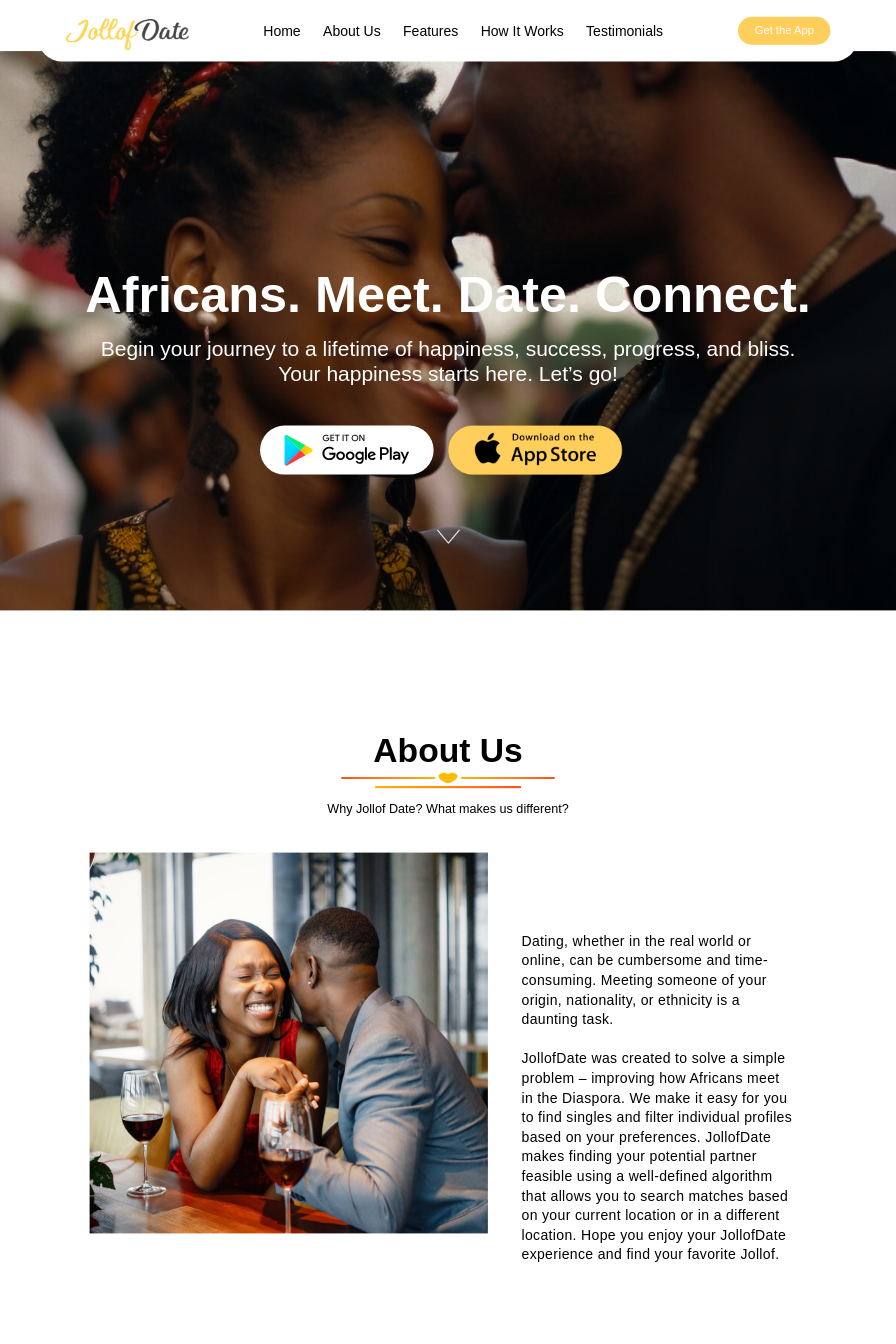
Repository: FarhanNasiru/jollofdate-frontend
Page: /
These files come from the project's save history. The page is drawn as it stood at one moment and after the next save; the edit follows.
The browser window is 1280 px wide. The pictures show the part of the page from y = 0 to 1920 px (the page is 7416 px tall before and 7400 px after), at 70% of full size.
Some web fonts or font styles are not loaded; a fallback is used. The project was rebuilt for these pictures with package versions that can differ from the ones it lists, and the page was loaded fresh each time. Also part of the build but not shown: vite.config.js, src/Pages/Footer2.jsx, src/components/Header2.jsx, src/Pages/privacy.jsx, src/Pages/Term.jsx.

Above is the page before, as saved 2024-08-20 16:23:19.

After the next save:
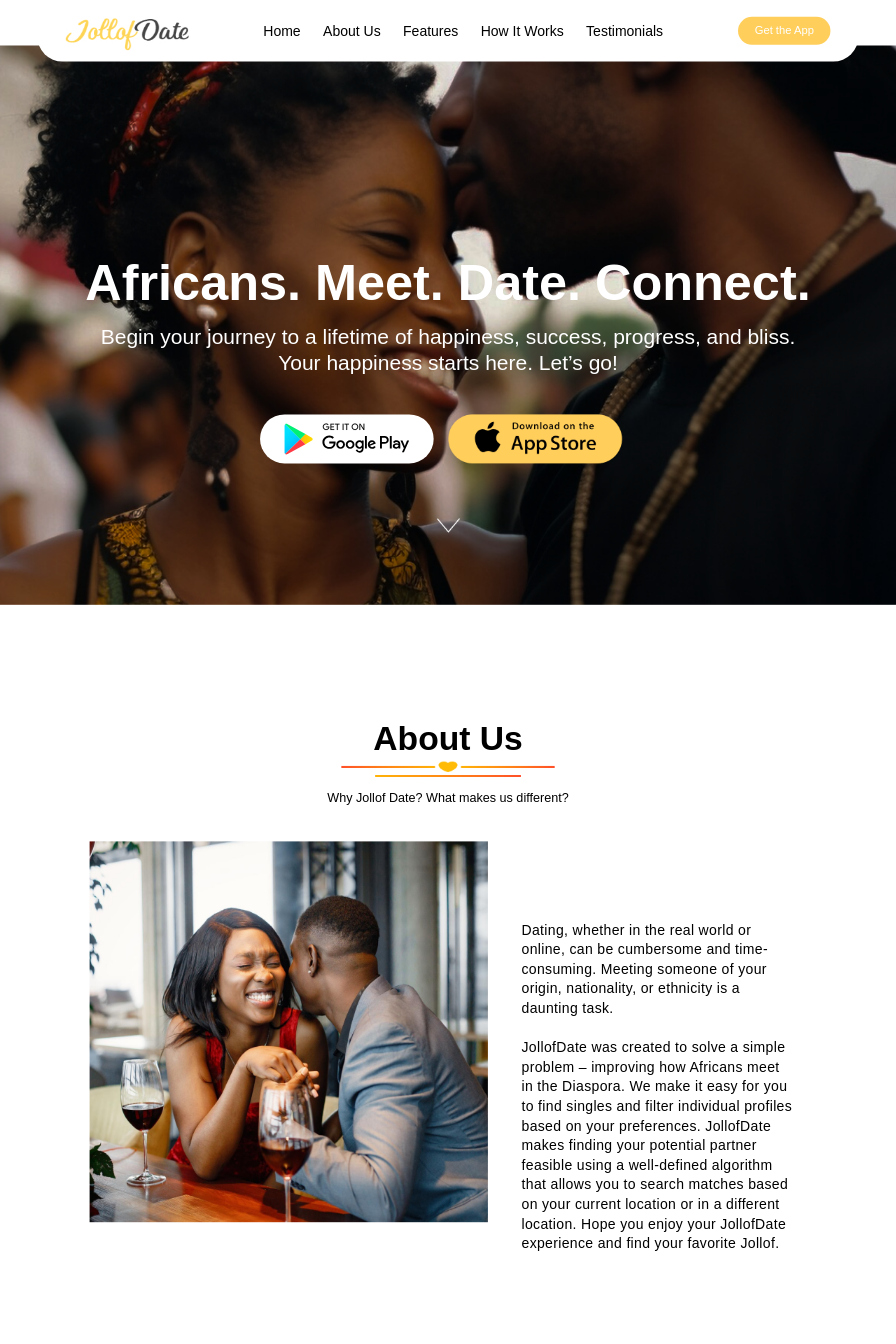
Saved 108 s later.
--- a/src/Pages/Home.jsx
+++ b/src/Pages/Home.jsx
@@ -14,7 +14,7 @@
       <Header />
       <section
         id="home"
-        className="pl-8 pr-8 justify-center bg-center bg-no-repeat items-center w-full lg:pt-64 lg:pb-9 bg-[url('/Images/Home-bg.png')] h-auto"
+        className="pl-8 pr-8 justify-center bg-center bg-no-repeat items-center w-full lg:pt-60 lg:pb-9 bg-[url('/Images/Home-bg.png')] h-auto"
       >
         <h1 className="  text-wrap text-white text-7xl md:text-7xl  font-medium md:font-semibold text-center pt-32 pb-6 h-auto">
           Africans. Meet. Date. Connect.{" "}
